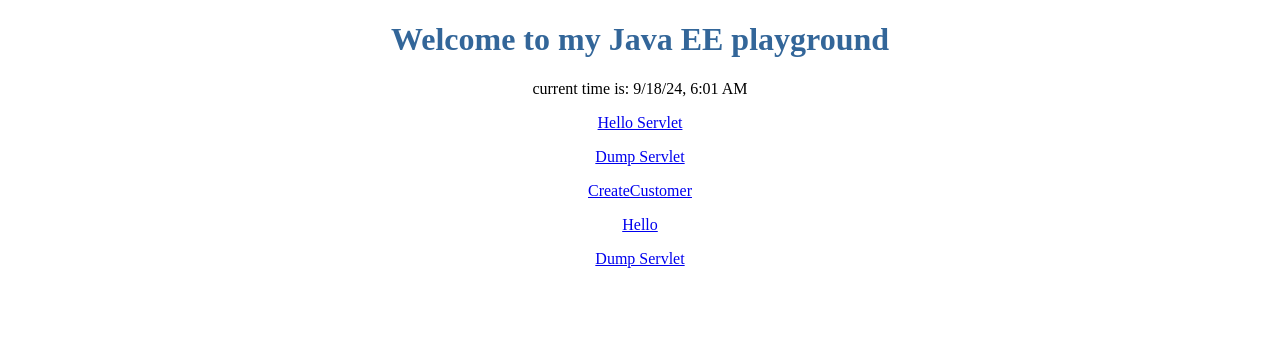
Repository: zoooolander/systex_prac_javaee
Page: http://localhost/myWeb/
An editor plug-in stored every save of this project. The page is shown before and after the next save, followed by the edit.
The browser window is 1280 px wide. The pictures show the whole page.
The page is served by Tomcat 10. Other server files are loaded and not shown.

Above is the page before, as saved 2024-09-20 07:08:37.

### myWeb/src/main/webapp/index.jsp
<%@page import="java.text.SimpleDateFormat"%>
<%@page import="java.util.Date"%>
<%@ page language="java" contentType="text/html; charset=UTF-8"
	pageEncoding="UTF-8"%>
<!DOCTYPE html>
<html>
<head>
<meta charset="UTF-8">
<title>Welcome</title>
<link href="style/myStyle.css" rel="stylesheet"></link>
</head>
<body>
	<h1>Welcome to my Java EE playground</h1>
	<p>
		current time is:
		<%=SimpleDateFormat.getInstance().format(new Date())%></p>
	<p>
		<a href="admin/hello.aspx">Hello Servlet</a>
	</p>
	<p>
		<a href="admin/dump.view">Dump Servlet</a>
	</p>
	<p>
		<a href="customer/createCustomer.jsp">CreateCustomer</a>
	</p>
	<p>
		<a href="hello.jsp">Hello</a>
	</p>
	<p>
		<a href="admin/dump.jsp">Dump Servlet</a>
	</p>
</body>
</html>

### myWeb/src/main/webapp/style/myStyle.css
@charset "UTF-8";

body {
	text-align: center;
	margin: auto;
}

h1,h2 {
	color: #369;
}

After the next save:
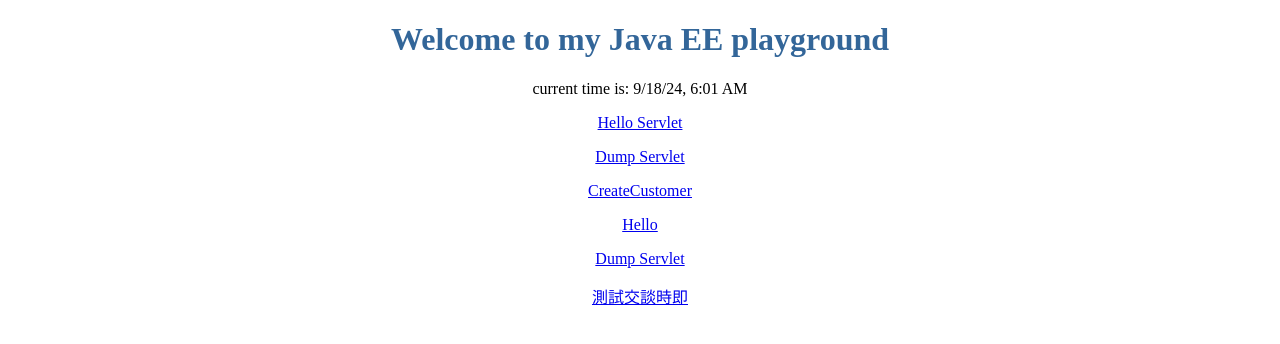
Saved 5 min 14 s later.
--- a/myWeb/src/main/webapp/index.jsp
+++ b/myWeb/src/main/webapp/index.jsp
@@ -29,5 +29,8 @@
 	<p>
 		<a href="admin/dump.jsp">Dump Servlet</a>
 	</p>
+	<p>
+		<a href="customer/createCustomer1.jsp">測試交談時即</a>
+	</p>
 </body>
 </html>
